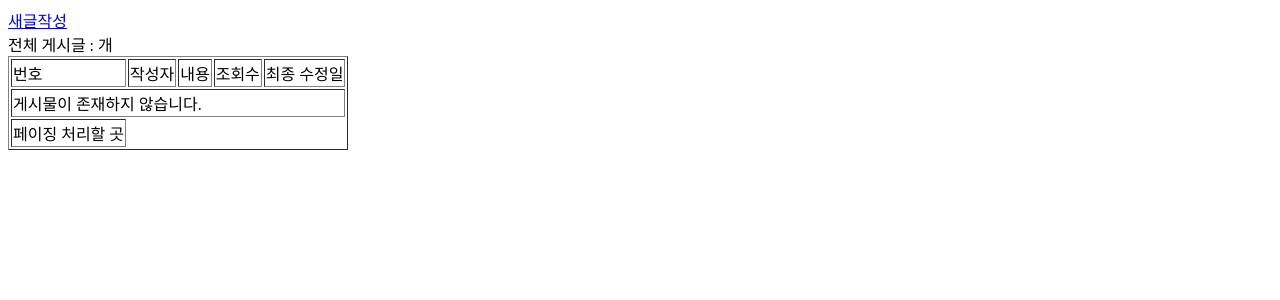
Repository: yangchunsick/JSPstudy
Page: http://localhost/11_MYHOME/free/list.jsp
These files come from the project's save history. The page is drawn as it stood at one moment and after the next save; the edit follows.
The browser window is 1280 px wide. The pictures show the whole page.
The page is served by Tomcat 9. The template is opened directly, without the code that normally fills it, so the values that code supplies are empty.

Above is the page before, as saved 2021-11-22 05:29:05.

After the next save:
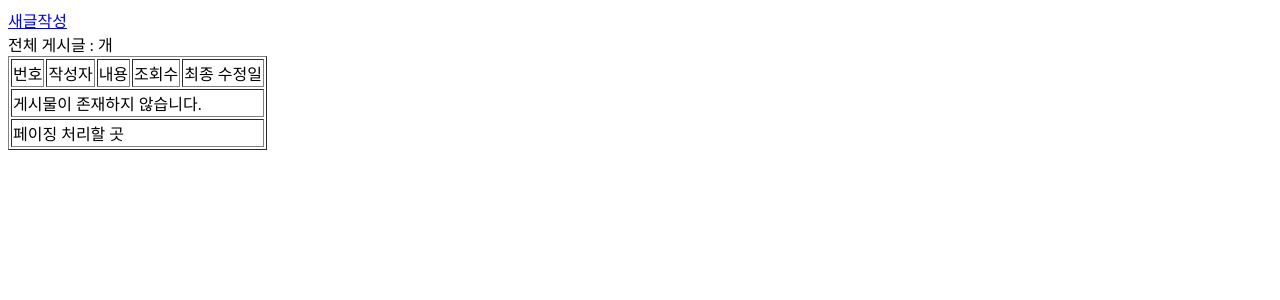
Saved 4 min 18 s later.
--- a/workspace/11_MYHOME/WebContent/free/list.jsp
+++ b/workspace/11_MYHOME/WebContent/free/list.jsp
@@ -58,7 +58,7 @@
 	</tbody>
 	<tfoot>
 		<tr>
-			<td colsapn="5">
+			<td colspan="5">
 				페이징 처리할 곳
 			</td>
 		</tr>
